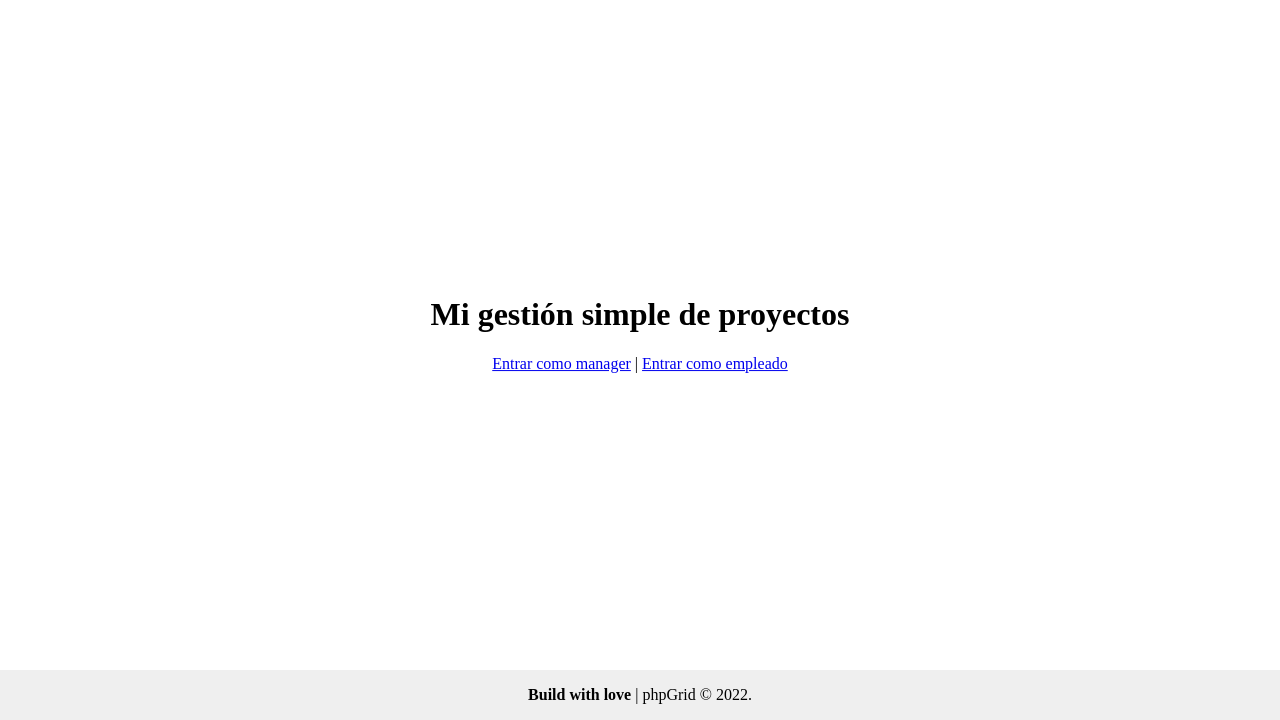
Repository: RaquelAlvarezz/free
Page: http://localhost/php/
These files come from the project's save history. The page is drawn as it stood at one moment and after the next save; the edit follows.
The browser window is 1280 px wide. The pictures show the whole page.
The page is run by PHP 8.4 with error messages shown; the project is at /var/www/html/.

Above is the page before, as saved 2022-01-20 08:23:08.

### index.php
<!DOCTYPE html>
<html>
<head>
	<title>Mi gestión simple de proyectos| phpGrid</title>
</head>
<body>

<style>
.centered {
    margin: 0;
    position: absolute;
    top: 45%;
    left: 50%;
    transform: translate(-50%, -50%);
    text-align:center;
}
.footer {
  position: fixed;
  right: 0;
  bottom: 0;
  left: 0;
  padding: 1rem;
  background-color: #efefef;
  text-align: center;
}
.h1 {
  font-weight:bold;
}
</style>

<div class="centered">
<h1>Mi gestión simple de proyectos</h1>

<a href="manager/clients.php" target="_new">Entrar como manager</a> | <a href="employee/tasks.php" target="_new">Entrar como empleado</a>
</div>

<div class="footer"><strong>Build with love</strong> | phpGrid &copy; <?php echo date('Y'); ?>.</div>

</body>
</html>

After the next save:
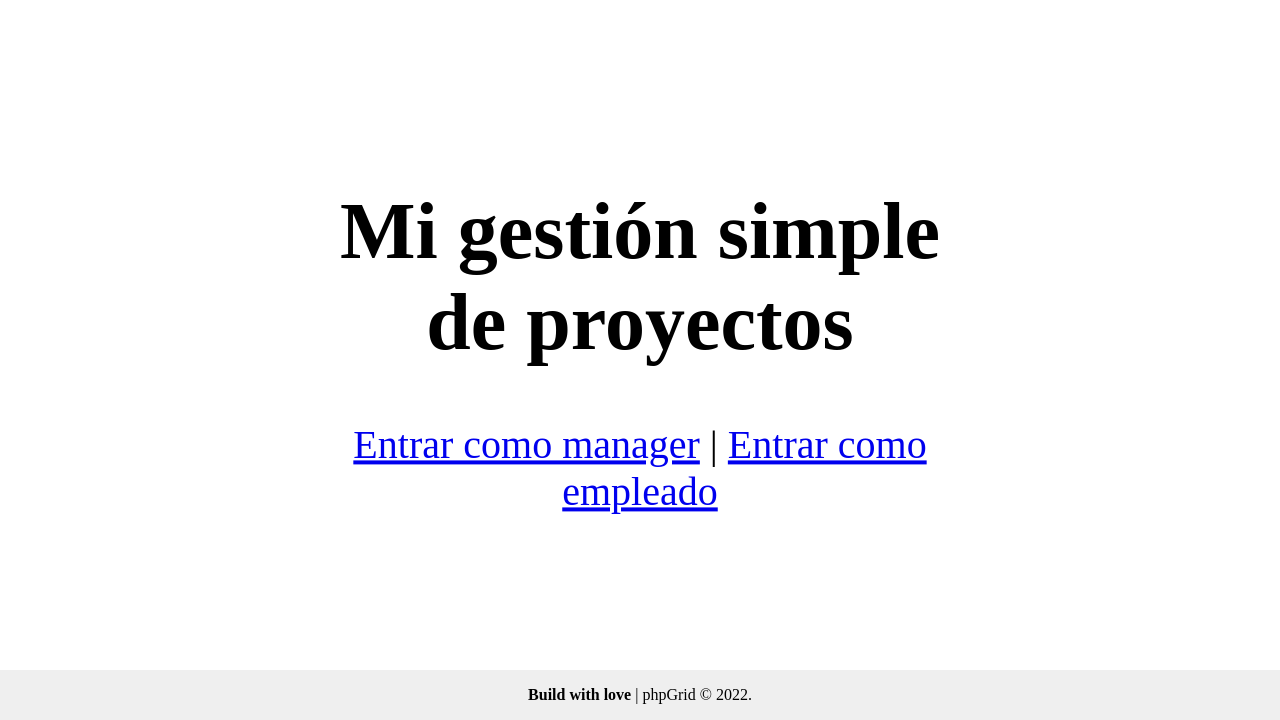
Saved 61 s later.
--- a/index.php
+++ b/index.php
@@ -13,6 +13,7 @@
     left: 50%;
     transform: translate(-50%, -50%);
     text-align:center;
+    font-size: 40px;
 }
 .footer {
   position: fixed;
@@ -23,9 +24,7 @@
   background-color: #efefef;
   text-align: center;
 }
-.h1 {
-  font-weight:bold;
-}
+
 </style>
 
 <div class="centered">
